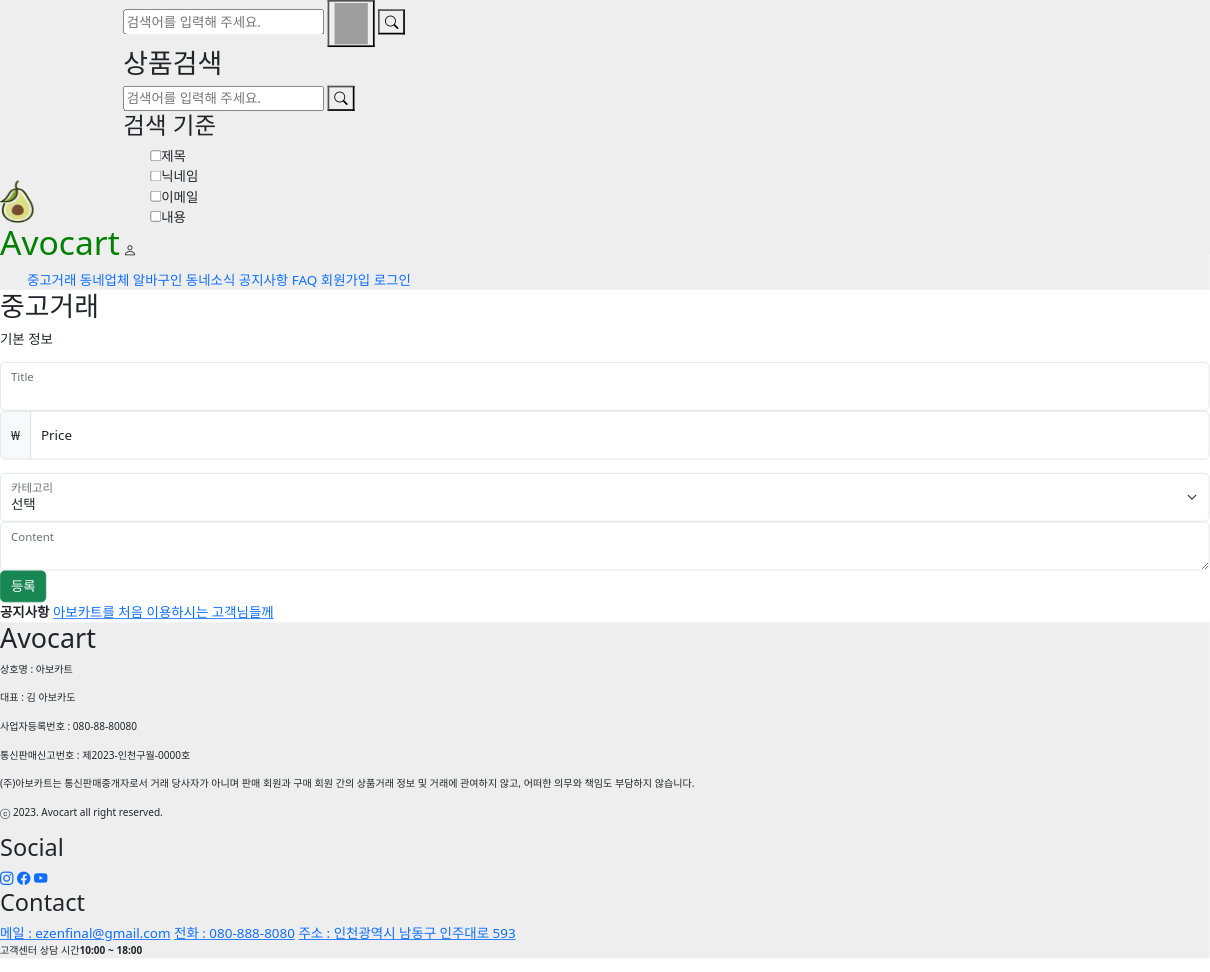
Repository: kimms0311/finalProject
Page: http://localhost/finalProject/WEB-INF/views/joongo/register.jsp
The author's editor kept a copy of each file at every save. The page is drawn from the files as they stood at one save, then again after a run of saves.
The browser window is 1280 px wide. The page is 1440 px wide, so the pictures cover 1440 px, including what lies to the right of the window. The pictures show the whole page, at 84% of full size.
Pictures or frames that could not be fetched are drawn as grey boxes. The page is served by Tomcat 9. Nobody is signed in. The template is opened directly, without the code that normally fills it, so the values that code supplies are empty.

Above is the page before, as saved 2023-11-16 10:14:15.

After the next 2 saves:
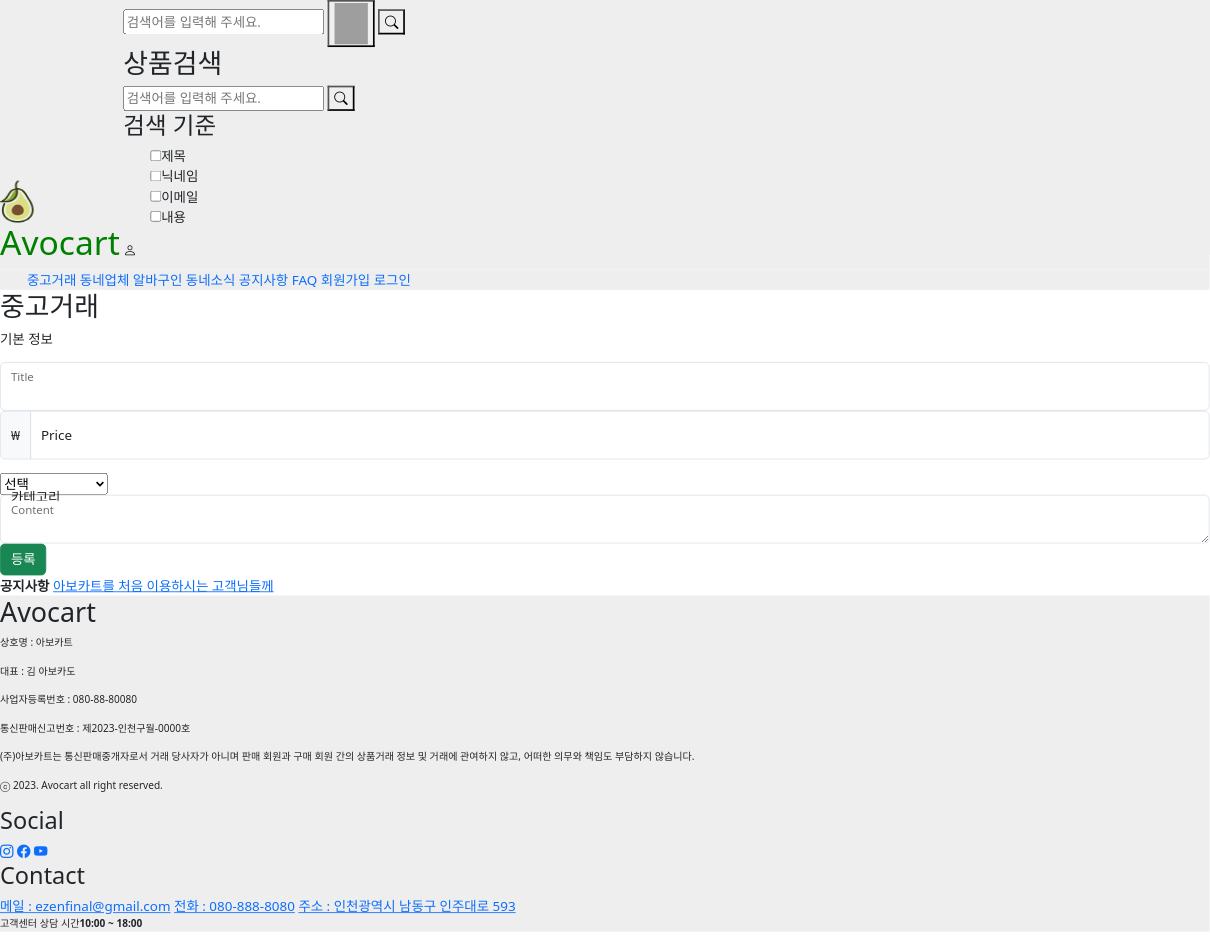
The 2 saves are shown as one change because 1 did not build or start.
The last was saved 42 min 33 s later.
--- a/finalProject/src/main/webapp/WEB-INF/views/joongo/register.jsp
+++ b/finalProject/src/main/webapp/WEB-INF/views/joongo/register.jsp
@@ -27,26 +27,8 @@
 		  </div>
 		</div>
 		<div class="form-floating">
-	      <select class="form-select" id="menu" name="proMenu">
-	        <option selected>선택</option>
-	        <option value="디지털기기">디지털기기</option>
-	        <option value="가구">가구</option>
-	        <option value="유아동">유아동</option>
-	        <option value="여성의류">여성의류</option>
-	        <option value="남성의류">남성의류</option>
-	        <option value="생활가전">생활가전</option>
-	        <option value="생활/주방">생활/주방</option>
-	        <option value="가공식품">가공식품</option>
-	        <option value="스포츠/레저">스포츠/레저</option>
-	        <option value="취미/게임/음반">취미/게임/음반</option>
-	        <option value="뷰티/미용">뷰티/미용</option>
-	        <option value="식물">식물</option>
-	        <option value="반려동물용품">반려동물용품</option>
-	        <option value="도서">도서</option>
-	        <option value="기타 중고물품">기타 중고물품</option>
-	        <option value="삽니다">삽니다</option>
-	      </select>
-	      <label for="menu">카테고리</label>
+			<jsp:include page="menuSelect.jsp"/>
+			<label for="menu">카테고리</label>
 	    </div>
 		<div class="form-floating">
 			<textarea class="form-control" id="content" name="proContent"></textarea>
